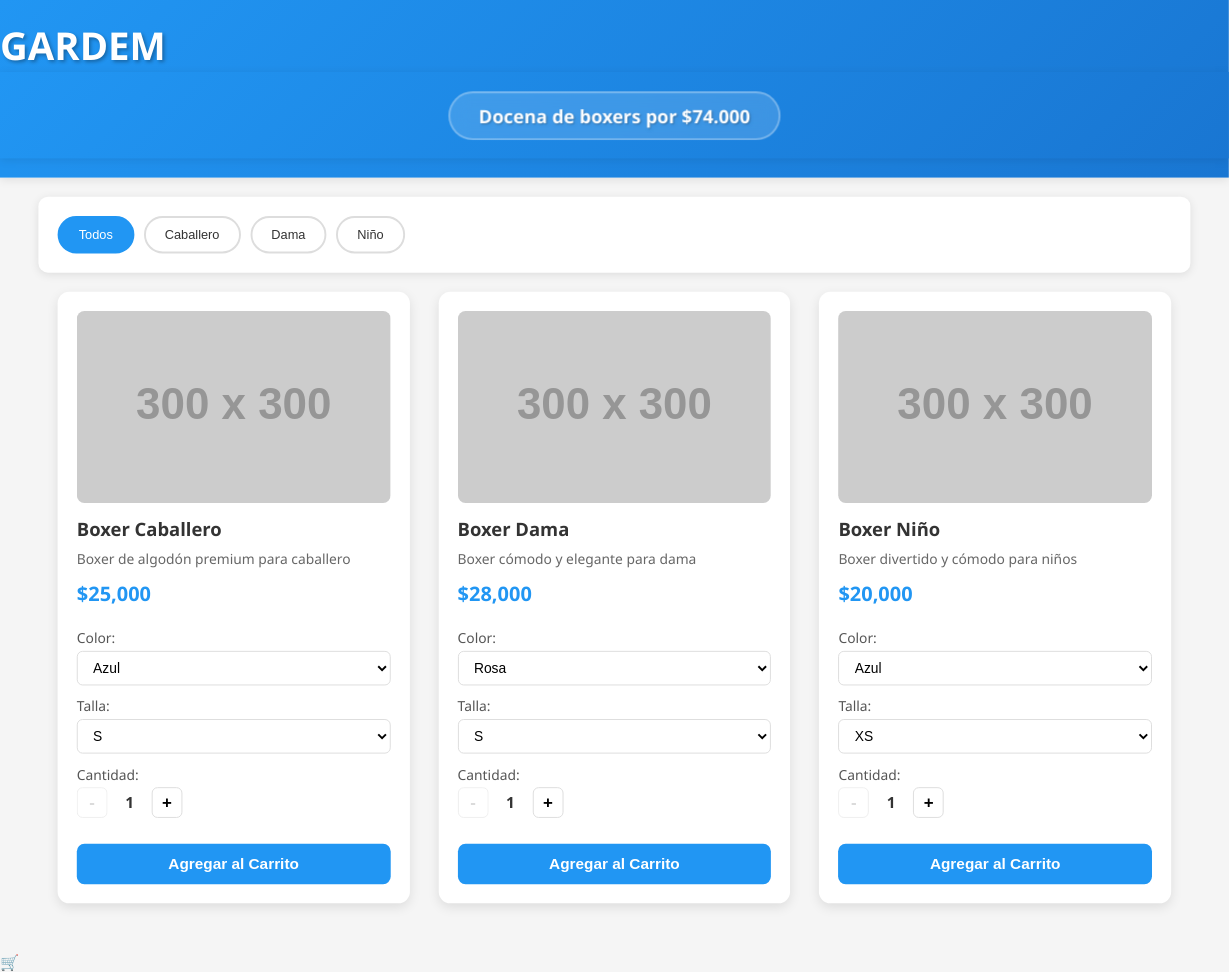
Repository: dasalgar123/gardem_react
Page: /
The author's editor kept a copy of each file at every save. The page is drawn from the files as they stood at one save, then again after the next save.
The browser window is 1280 px wide. The pictures show the whole page, at 96% of full size.
The project was rebuilt for these pictures with package versions that can differ from the ones it lists, and the page was loaded fresh each time.

Above is the page before, as saved 2025-08-02 18:21:06.

### src/App.js
import React, { useState, useEffect } from 'react';
import './App.css';
import Tarjeta from './components/Tarjeta';

function App() {
  const [productos, setProductos] = useState([]);
  const [carrito, setCarrito] = useState([]);
  const [filtroCategoria, setFiltroCategoria] = useState('todos');
  const [promocionActual, setPromocionActual] = useState(0);
  const [mostrarCarrito, setMostrarCarrito] = useState(false);

  const promociones = [
    "Envíos a todo el país! Envíos gratis a Cúcuta centro",
    "Docena de boxers por $74.000",
    "Aprovecha nuestras promociones!"
  ];

  // Datos de ejemplo
  const productosEjemplo = [
    {
      id: 1,
      nombre: "Boxer Caballero",
      descripcion: "Boxer de algodón premium para caballero",
      precio: 25000,
      categoria: "caballero",
      imagen: "https://via.placeholder.com/300x300/0066cc/ffffff?text=Boxer+Caballero",
      colores: ["Azul", "Rojo", "Verde", "Negro"],
      tallas: ["S", "M", "L", "XL"]
    },
    {
      id: 2,
      nombre: "Boxer Dama",
      descripcion: "Boxer cómodo y elegante para dama",
      precio: 28000,
      categoria: "dama",
      imagen: "https://via.placeholder.com/300x300/ff6b6b/ffffff?text=Boxer+Dama",
      colores: ["Rosa", "Azul", "Negro", "Blanco"],
      tallas: ["S", "M", "L"]
    },
    {
      id: 3,
      nombre: "Boxer Niño",
      descripcion: "Boxer divertido y cómodo para niños",
      precio: 20000,
      categoria: "nino",
      imagen: "https://via.placeholder.com/300x300/4ecdc4/ffffff?text=Boxer+Niño",
      colores: ["Azul", "Rojo", "Verde", "Amarillo"],
      tallas: ["XS", "S", "M", "L"]
    }
  ];

  useEffect(() => {
    // Usar datos de ejemplo
    setProductos(productosEjemplo);
  }, []);

  useEffect(() => {
    const interval = setInterval(() => {
      setPromocionActual((prev) => (prev + 1) % promociones.length);
    }, 3000);

    return () => clearInterval(interval);
  }, [promociones.length]);

  const agregarAlCarrito = (producto, colorSeleccionado, tallaSeleccionada, cantidad) => {
    const itemExistente = carrito.find(
      item => item.id === producto.id &&
      item.color === colorSeleccionado &&
      item.talla === tallaSeleccionada
    );

    if (itemExistente) {
      setCarrito(carrito.map(item =>
        item.id === producto.id &&
        item.color === colorSeleccionado &&
        item.talla === tallaSeleccionada
          ? { ...item, cantidad: item.cantidad + cantidad }
          : item
      ));
    } else {
      setCarrito([...carrito, {
        ...producto,
        color: colorSeleccionado,
        talla: tallaSeleccionada,
        cantidad
      }]);
    }
  };

  const productosFiltrados = filtroCategoria === 'todos'
    ? productos
    : productos.filter(producto => producto.categoria === filtroCategoria);

  const totalItems = carrito.reduce((total, item) => total + item.cantidad, 0);

  return (
    <div className="App">
      <header className="header">
        <h1 className="logo">GARDEM</h1>
        <div className="carrusel-container">
          <div className="carrusel-promociones">
            <div className="promocion-activa">
              {promociones[promocionActual]}
            </div>
          </div>
        </div>
      </header>

      <div className="filtros">
        <div className="filtro-categorias">
          <button
            className={filtroCategoria === 'todos' ? 'activo' : ''}
            onClick={() => setFiltroCategoria('todos')}
          >
            Todos
          </button>
          <button
            className={filtroCategoria === 'caballero' ? 'activo' : ''}
            onClick={() => setFiltroCategoria('caballero')}
          >
            Caballero
          </button>
          <button
            className={filtroCategoria === 'dama' ? 'activo' : ''}
            onClick={() => setFiltroCategoria('dama')}
          >
            Dama
          </button>
          <button
            className={filtroCategoria === 'nino' ? 'activo' : ''}
            onClick={() => setFiltroCategoria('nino')}
          >
            Niño
          </button>
        </div>
      </div>

      <div className="productos-grid">
        {productosFiltrados.map(producto => (
          <Tarjeta
            key={producto.id}
            producto={producto}
            onAgregarAlCarrito={agregarAlCarrito}
          />
        ))}
      </div>

      {/* Icono flotante del carrito */}
      <div className="carrito-flotante" onClick={() => setMostrarCarrito(!mostrarCarrito)}>
        <span className="carrito-icono">🛒</span>
        {totalItems > 0 && (
          <span className="carrito-contador">{totalItems}</span>
        )}
      </div>

      {/* Carrito desplegable */}
      {mostrarCarrito && (
        <div className="carrito">
          <h3>Carrito de Compras</h3>
          {carrito.length > 0 ? (
            <>
              {carrito.map((item, index) => (
                <div key={index} className="carrito-item">
                  <span>{item.nombre} - {item.color} - {item.talla} x{item.cantidad}</span>
                  <span>${(item.precio * item.cantidad).toLocaleString()}</span>
                </div>
              ))}
              <div className="carrito-total">
                <strong>Total: ${carrito.reduce((total, item) => total + (item.precio * item.cantidad), 0).toLocaleString()}</strong>
              </div>
              <button
                className="btn-whatsapp"
                onClick={() => {
                  const mensaje = `Hola! Quiero hacer un pedido:\n${carrito.map(item =>
                    `${item.nombre} - ${item.color} - ${item.talla} x${item.cantidad} = $${(item.precio * item.cantidad).toLocaleString()}`
                  ).join('\n')}\n\nTotal: $${carrito.reduce((total, item) => total + (item.precio * item.cantidad), 0).toLocaleString()}`;
                  window.open(`https://wa.me/573001234567?text=${encodeURIComponent(mensaje)}`);
                }}
              >
                Enviar Pedido por WhatsApp
              </button>
            </>
          ) : (
            <p>El carrito está vacío</p>
          )}
        </div>
      )}
    </div>
  );
}

export default App;

### src/App.css
/* Estilos generales */
* {
  margin: 0;
  padding: 0;
  box-sizing: border-box;
}

body {
  font-family: 'Segoe UI', Tahoma, Geneva, Verdana, sans-serif;
  background-color: #f5f5f5;
}

.App {
  min-height: 100vh;
}

/* Header */
.header {
  background: linear-gradient(135deg, #2196F3 0%, #1976D2 100%);
  color: white;
  padding: 20px 0;
  box-shadow: 0 2px 10px rgba(0,0,0,0.1);
}

.header-content {
  max-width: 1200px;
  margin: 0 auto;
  padding: 0 20px;
  display: flex;
  justify-content: center;
  align-items: center;
}

.logo {
  font-size: 2.5rem;
  font-weight: bold;
  text-shadow: 2px 2px 4px rgba(0,0,0,0.3);
}

/* Carrusel de Promociones */
.carrusel-container {
  width: 100%;
  background: linear-gradient(135deg, #2196F3 0%, #1976D2 100%);
  padding: 15px 0;
  box-shadow: 0 2px 10px rgba(0,0,0,0.1);
}

.carrusel-promociones {
  width: 100%;
  display: flex;
  justify-content: center;
  align-items: center;
  height: 60px;
}

.promocion-activa {
  margin: 0;
  font-size: 1.2rem;
  font-weight: 600;
  color: white;
  animation: fadeInOut 3s ease-in-out infinite;
  text-align: center;
  padding: 10px 30px;
  background: rgba(255,255,255,0.15);
  border-radius: 30px;
  backdrop-filter: blur(10px);
  border: 2px solid rgba(255,255,255,0.3);
  text-shadow: 1px 1px 2px rgba(0,0,0,0.3);
}

@keyframes fadeInOut {
  0%, 100% {
    opacity: 0;
    transform: translateY(20px);
  }
  10%, 90% {
    opacity: 1;
    transform: translateY(0);
  }
}

/* Filtros */
.filtros {
  background: white;
  padding: 20px;
  margin: 20px auto;
  max-width: 1200px;
  border-radius: 10px;
  box-shadow: 0 2px 10px rgba(0,0,0,0.1);
  display: flex;
  justify-content: space-between;
  align-items: center;
  flex-wrap: wrap;
  gap: 20px;
}

.filtro-categorias {
  display: flex;
  gap: 10px;
  flex-wrap: wrap;
}

.filtro-categorias button {
  padding: 10px 20px;
  border: 2px solid #ddd;
  background: white;
  color: #333;
  border-radius: 25px;
  cursor: pointer;
  transition: all 0.3s ease;
  font-weight: 500;
}

.filtro-categorias button:hover {
  border-color: #2196F3;
  color: #2196F3;
}

.filtro-categorias button.activo {
  background: #2196F3;
  color: white;
  border-color: #2196F3;
}

.filtro-extra {
  display: flex;
  align-items: center;
  gap: 10px;
}

.filtro-extra select {
  padding: 8px 15px;
  border: 1px solid #ddd;
  border-radius: 5px;
  background: white;
}

/* Mensajes de Error y Loading */
.error-message {
  max-width: 1200px;
  margin: 20px auto;
  padding: 20px;
  background: #ffebee;
  border: 1px solid #f44336;
  border-radius: 10px;
  color: #c62828;
  text-align: center;
}

.error-message p {
  margin: 10px 0;
  font-size: 1rem;
}

.loading {
  max-width: 1200px;
  margin: 50px auto;
  text-align: center;
  padding: 40px;
  background: white;
  border-radius: 10px;
  box-shadow: 0 2px 10px rgba(0,0,0,0.1);
}

.loading p {
  font-size: 1.2rem;
  color: #666;
  margin: 0;
}

/* Grid de Productos */
.productos-grid {
  max-width: 1200px;
  margin: 0 auto;
  padding: 0 20px;
  display: grid;
  grid-template-columns: repeat(auto-fill, minmax(280px, 1fr));
  gap: 30px;
  margin-bottom: 50px;
}

/* Tarjeta de Producto */
/* Estilos para el componente Tarjeta */
.producto-card {
  background: white;
  border-radius: 12px;
  box-shadow: 0 4px 12px rgba(0, 0, 0, 0.1);
  padding: 20px;
  transition: transform 0.2s, box-shadow 0.2s;
  display: flex;
  flex-direction: column;
  height: 100%;
}

.producto-card:hover {
  transform: translateY(-4px);
  box-shadow: 0 8px 24px rgba(0, 0, 0, 0.15);
}

.producto-imagen {
  width: 100%;
  height: 200px;
  overflow: hidden;
  border-radius: 8px;
  margin-bottom: 15px;
}

.producto-imagen img {
  width: 100%;
  height: 100%;
  object-fit: cover;
  transition: transform 0.3s;
}

.producto-imagen img:hover {
  transform: scale(1.05);
}

.producto-info {
  flex: 1;
  margin-bottom: 15px;
}

.producto-nombre {
  font-size: 1.2rem;
  font-weight: 600;
  color: #333;
  margin: 0 0 8px 0;
  line-height: 1.3;
}

.producto-descripcion {
  font-size: 0.9rem;
  color: #666;
  margin: 0 0 12px 0;
  line-height: 1.4;
}

.producto-precio {
  font-size: 1.3rem;
  font-weight: 700;
  color: #2196F3;
  margin: 8px 0;
}

.producto-opciones {
  margin-bottom: 15px;
}

.opcion-grupo {
  margin-bottom: 12px;
}

.opcion-grupo label {
  display: block;
  font-size: 0.9rem;
  font-weight: 500;
  color: #555;
  margin-bottom: 4px;
}

.selector-opcion {
  width: 100%;
  padding: 8px 12px;
  border: 1px solid #ddd;
  border-radius: 6px;
  font-size: 0.9rem;
  background: white;
  transition: border-color 0.2s;
}

.selector-opcion:focus {
  outline: none;
  border-color: #2196F3;
}

.cantidad-controls {
  display: flex;
  align-items: center;
  gap: 8px;
}

.btn-cantidad {
  width: 32px;
  height: 32px;
  border: 1px solid #ddd;
  background: white;
  border-radius: 6px;
  font-size: 1.1rem;
  font-weight: 600;
  cursor: pointer;
  transition: all 0.2s;
}

.btn-cantidad:hover:not(:disabled) {
  background: #2196F3;
  color: white;
  border-color: #2196F3;
}

.btn-cantidad:disabled {
  opacity: 0.5;
  cursor: not-allowed;
}

.cantidad-numero {
  font-size: 1rem;
  font-weight: 600;
  color: #333;
  min-width: 30px;
  text-align: center;
}

.btn-agregar {
  width: 100%;
  padding: 12px;
  background: #2196F3;
  color: white;
  border: none;
  border-radius: 8px;
  font-size: 1rem;
  font-weight: 600;
  cursor: pointer;
  transition: background 0.2s;
  margin-top: auto;
}

.btn-agregar:hover {
  background: #1976D2;
}

/* Carrito */
.carrito {
  position: fixed;
  bottom: 0;
  left: 0;
  right: 0;
  background: white;
  border-top: 3px solid #2196F3;
  padding: 20px;
  box-shadow: 0 -5px 15px rgba(0,0,0,0.1);
  max-height: 60vh;
  overflow-y: auto;
}

.carrito h3 {
  color: #333;
  margin-bottom: 15px;
  text-align: center;
}

.carrito-items {
  display: grid;
  grid-template-columns: repeat(auto-fill, minmax(250px, 1fr));
  gap: 15px;
  margin-bottom: 20px;
}

.carrito-item {
  display: flex;
  gap: 15px;
  padding: 15px;
  background: #f8f9fa;
  border-radius: 10px;
  align-items: center;
}

.carrito-item img {
  width: 60px;
  height: 60px;
  object-fit: cover;
  border-radius: 5px;
}

.carrito-item h4 {
  font-size: 1rem;
  margin-bottom: 5px;
  color: #333;
}

.carrito-item p {
  font-size: 0.9rem;
  color: #666;
  margin: 2px 0;
}

.carrito-total {
  text-align: center;
  border-top: 2px solid #eee;
  padding-top: 15px;
}

.carrito-total h4 {
  font-size: 1.3rem;
  color: #2196F3;
  margin-bottom: 15px;
}

.btn-whatsapp {
  background: #25d366;
  color: white;
  border: none;
  padding: 12px 25px;
  border-radius: 25px;
  font-weight: bold;
  cursor: pointer;
  transition: background 0.3s ease;
  font-size: 1rem;
}

.btn-whatsapp:hover {
  background: #128c7e;
}

/* Responsive */
@media (max-width: 768px) {
  .header-content {
    flex-direction: column;
    text-align: center;
    gap: 15px;
  }

  .logo {
    font-size: 2rem;
  }

  .carrusel-promociones {
    height: 50px;
  }

  .promocion-activa {
    font-size: 1rem;
    padding: 8px 20px;
  }

  .filtros {
    flex-direction: column;
    align-items: stretch;
  }

  .filtro-categorias {
    justify-content: center;
  }

  .productos-grid {
    grid-template-columns: repeat(auto-fill, minmax(250px, 1fr));
    gap: 20px;
  }

  .carrito-items {
    grid-template-columns: 1fr;
  }

  .meta-info {
    padding: 15px;
  }

  .meta-info h4 {
    font-size: 1rem;
  }

  .meta-info p {
    font-size: 0.8rem;
  }
}

### src/components/Tarjeta.js
import React, { useState } from 'react';

const Tarjeta = ({ producto, onAgregarAlCarrito }) => {
  const [colorSeleccionado, setColorSeleccionado] = useState(producto.colores[0]);
  const [tallaSeleccionada, setTallaSeleccionada] = useState(producto.tallas[0]);
  const [cantidad, setCantidad] = useState(1);

  const handleAgregar = () => {
    onAgregarAlCarrito(producto, colorSeleccionado, tallaSeleccionada, cantidad);
  };

  return (
    <div className="producto-card">
      {/* Imagen del producto */}
      <div className="producto-imagen">
        <img
          src={producto.imagen}
          alt={producto.nombre}
        />
      </div>

      {/* Información del producto */}
      <div className="producto-info">
        <h3 className="producto-nombre">{producto.nombre}</h3>

        {producto.descripcion && (
          <p className="producto-descripcion">{producto.descripcion}</p>
        )}

        <div className="producto-precio">
          ${producto.precio.toLocaleString()}
        </div>
      </div>

      {/* Selectores */}
      <div className="producto-opciones">
        <div className="opcion-grupo">
          <label>Color:</label>
          <select
            value={colorSeleccionado}
            onChange={(e) => setColorSeleccionado(e.target.value)}
            className="selector-opcion"
          >
            {producto.colores.map(color => (
              <option key={color} value={color}>{color}</option>
            ))}
          </select>
        </div>

        <div className="opcion-grupo">
          <label>Talla:</label>
          <select
            value={tallaSeleccionada}
            onChange={(e) => setTallaSeleccionada(e.target.value)}
            className="selector-opcion"
          >
            {producto.tallas.map(talla => (
              <option key={talla} value={talla}>{talla}</option>
            ))}
          </select>
        </div>

        <div className="opcion-grupo">
          <label>Cantidad:</label>
          <div className="cantidad-controls">
            <button
              onClick={() => setCantidad(Math.max(1, cantidad - 1))}
              disabled={cantidad <= 1}
              className="btn-cantidad"
            >
              -
            </button>
            <span className="cantidad-numero">{cantidad}</span>
            <button
              onClick={() => setCantidad(cantidad + 1)}
              className="btn-cantidad"
            >
              +
            </button>
          </div>
        </div>
      </div>

      {/* Botón agregar al carrito */}
      <button
        className="btn-agregar"
        onClick={handleAgregar}
      >
        Agregar al Carrito
      </button>
    </div>
  );
};

export default Tarjeta;

Loaded but not shown: public/index.html (common file); src/index.js (common file); src/index.css (common file); src/reportWebVitals.js (common file)

After the next save:
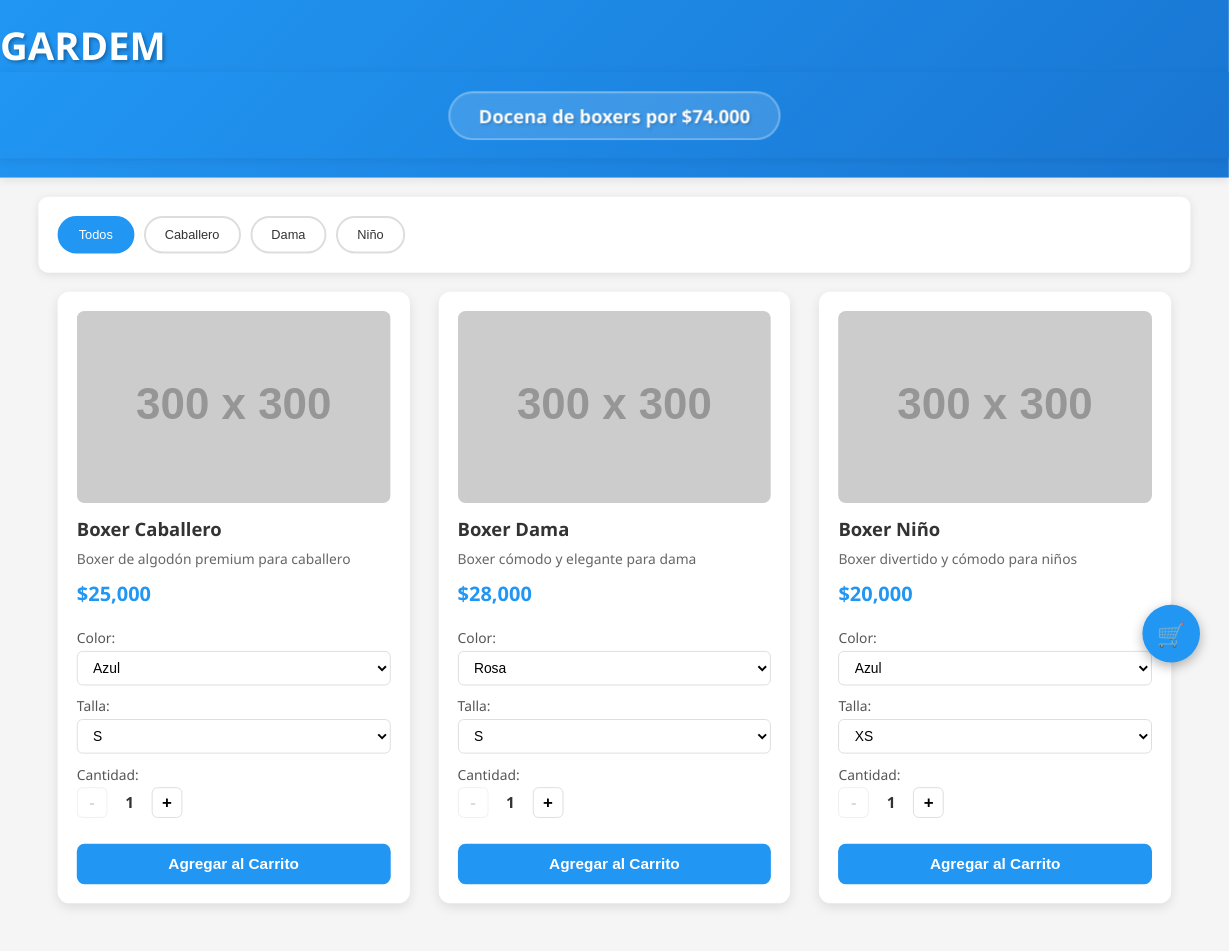
Saved 15 s later.
--- a/src/App.css
+++ b/src/App.css
@@ -329,18 +329,75 @@
   background: #1976D2;
 }
 
-/* Carrito */
+/* Icono flotante del carrito */
+.carrito-flotante {
+  position: fixed;
+  bottom: 30px;
+  right: 30px;
+  width: 60px;
+  height: 60px;
+  background: #2196F3;
+  border-radius: 50%;
+  display: flex;
+  align-items: center;
+  justify-content: center;
+  cursor: pointer;
+  box-shadow: 0 4px 12px rgba(0, 0, 0, 0.3);
+  transition: all 0.3s ease;
+  z-index: 1000;
+}
+
+.carrito-flotante:hover {
+  transform: scale(1.1);
+  box-shadow: 0 6px 20px rgba(0, 0, 0, 0.4);
+}
+
+.carrito-icono {
+  font-size: 24px;
+  color: white;
+}
+
+.carrito-contador {
+  position: absolute;
+  top: -5px;
+  right: -5px;
+  background: #ff4444;
+  color: white;
+  border-radius: 50%;
+  width: 20px;
+  height: 20px;
+  display: flex;
+  align-items: center;
+  justify-content: center;
+  font-size: 12px;
+  font-weight: bold;
+}
+
+/* Carrito desplegable */
 .carrito {
   position: fixed;
-  bottom: 0;
-  left: 0;
-  right: 0;
-  background: white;
-  border-top: 3px solid #2196F3;
+  bottom: 100px;
+  right: 30px;
+  width: 350px;
+  max-height: 400px;
+  background: white;
+  border-radius: 12px;
+  box-shadow: 0 8px 32px rgba(0, 0, 0, 0.3);
   padding: 20px;
-  box-shadow: 0 -5px 15px rgba(0,0,0,0.1);
-  max-height: 60vh;
   overflow-y: auto;
+  z-index: 999;
+  animation: slideIn 0.3s ease;
+}
+
+@keyframes slideIn {
+  from {
+    opacity: 0;
+    transform: translateY(20px);
+  }
+  to {
+    opacity: 1;
+    transform: translateY(0);
+  }
 }
 
 .carrito h3 {
